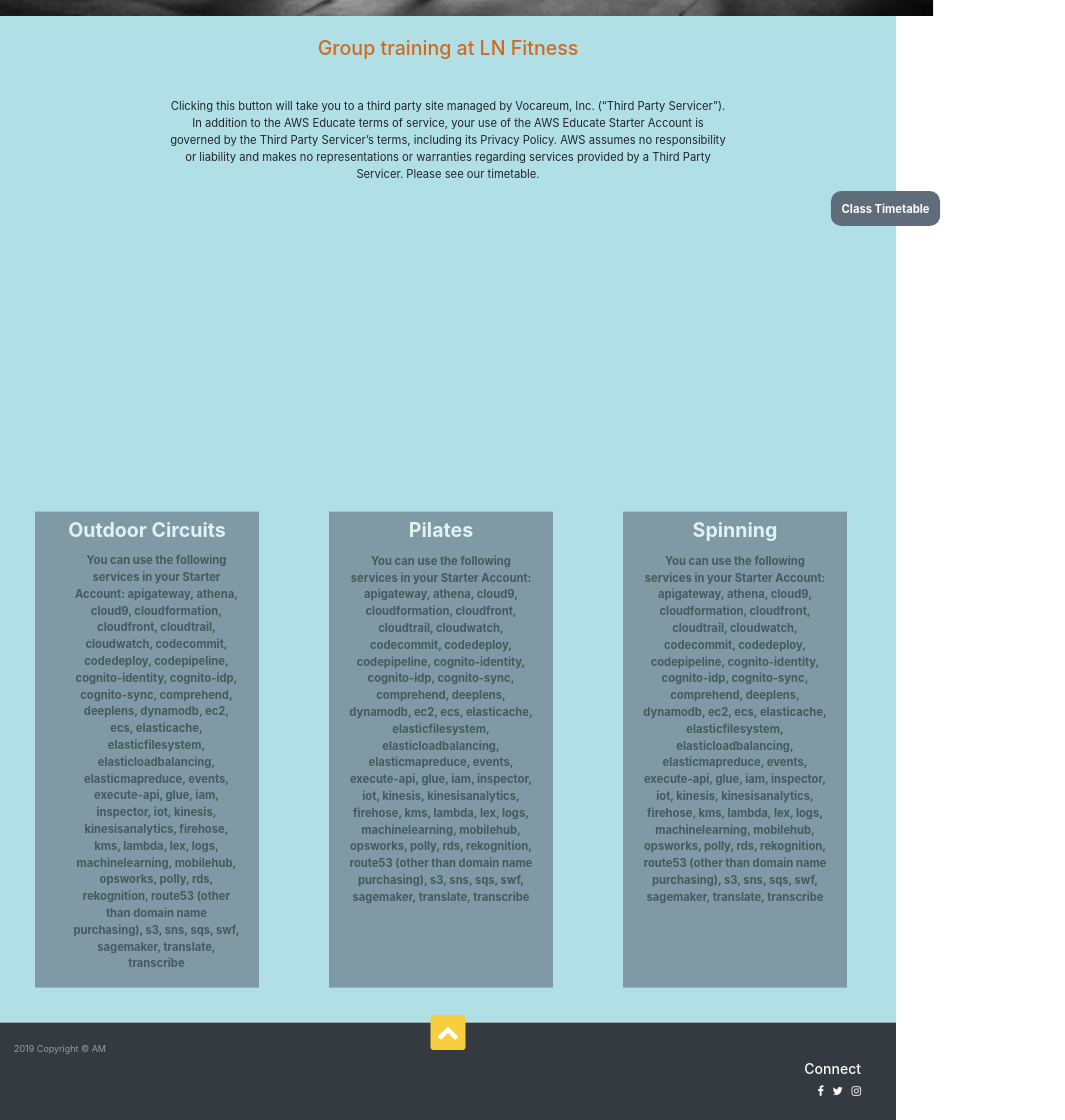
Repository: murphya14/Fitness-webpage
Page: group-training.html
The author's editor kept a record of every edit. The page is drawn from the files as they stood at one moment, then again after the next edit.
The browser window is 1280 px wide. The page is 1521 px wide, so the pictures cover 1521 px, including what lies to the right of the window. The pictures show the part of the page from y = 777 to 2377 px (the page is 2403 px tall before and 2511 px after), at 70% of full size.
Pictures or frames that could not be fetched are drawn as grey boxes.

Above is the page before.

After the next edit:
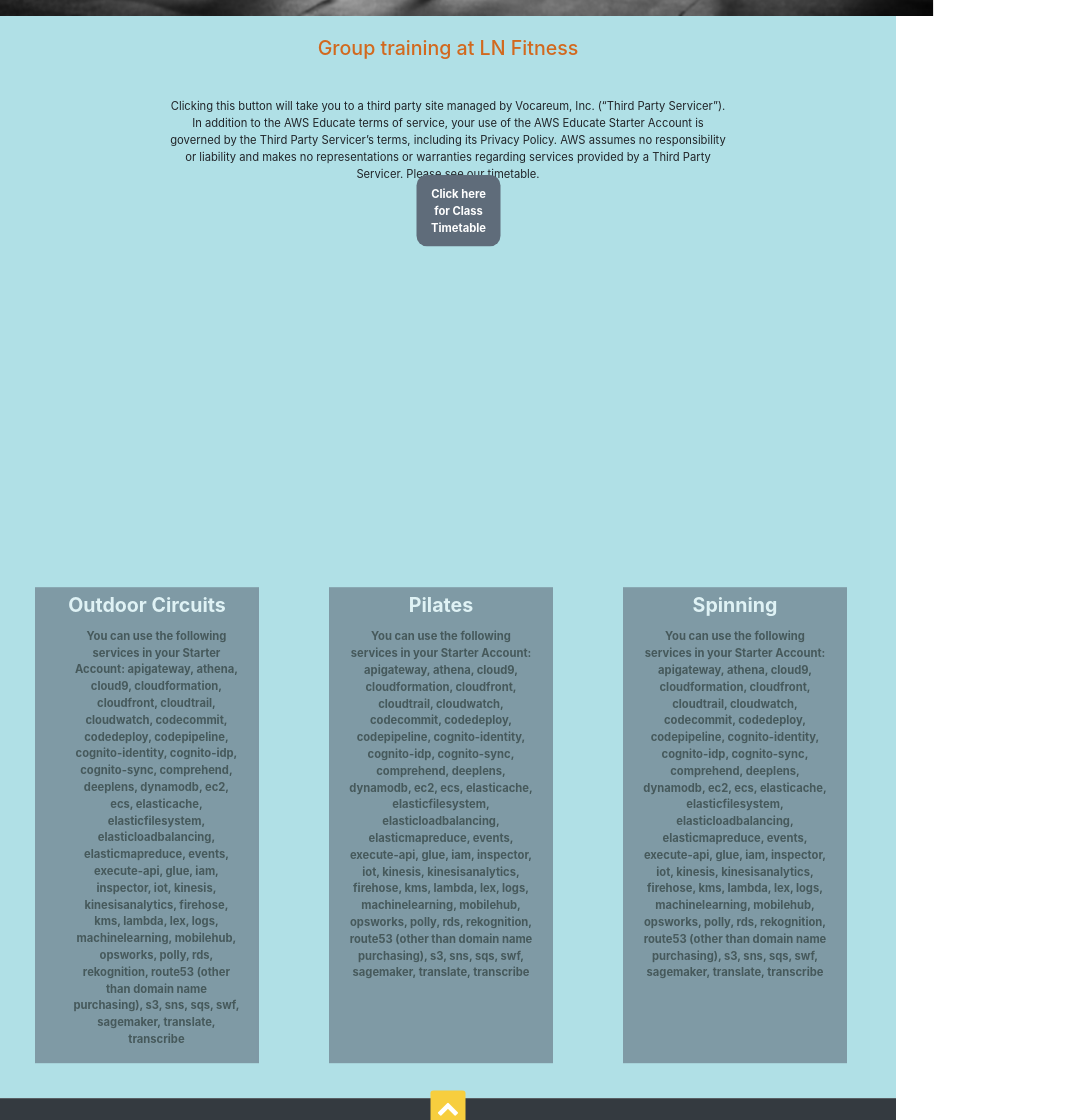
The edit:
--- a/group-training.html
+++ b/group-training.html
@@ -128,8 +128,8 @@
           terms, including its Privacy Policy. AWS assumes no responsibility or liability and makes no representations or warranties regarding services provided by a Third Party Servicer.</a>
           Please see our timetable.</p>
 
-          <div>
-          <a href="newsletter_01.pdf" target="_blank" class="free-link section-link timetable-link">Class Timetable</a></div>
+          <div class="row">
+          <a href="newsletter_01.pdf" target="_blank" class="free-link section-link timetable-link">Click here for Class Timetable</a></div>
       </div>
 
 
